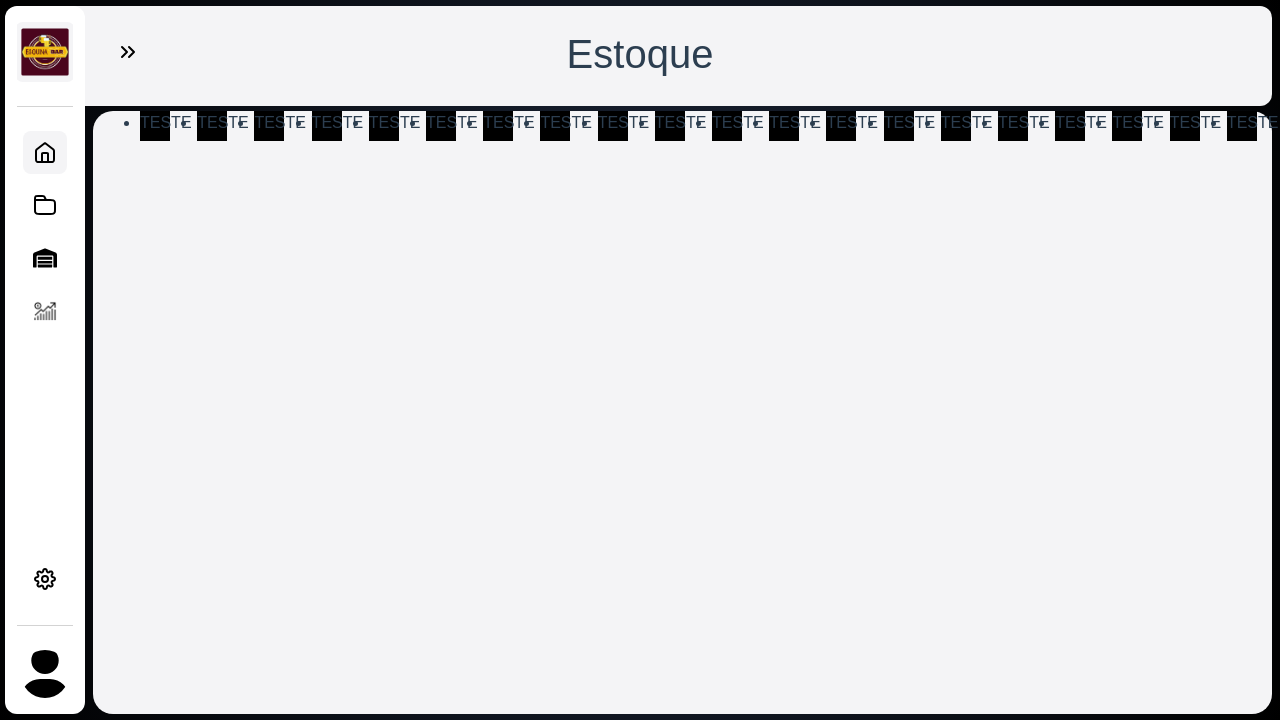
Repository: jazaoo13/Projeto_Oficina_Integracao
Page: / (app in Aplicacao_vue/)
The author's editor kept a copy of each file at every save. The page is drawn from the files as they stood at one save, then again after the next save.
The browser window is 1280 px wide. The page is 1287 px wide, so the pictures cover 1287 px, including what lies to the right of the window. The pictures show the whole page.
The page's requests for data from a server got no answer. The project was rebuilt for these pictures with package versions that can differ from the ones it lists, and the page was loaded fresh each time. No one was signed in, and anything a server would have sent is missing. Also part of the build but not shown: Aplicacao_vue/vue.config.js, Aplicacao_vue/src/View/jazao.vue.

Above is the page before, as saved 2023-11-19 15:35:10.

### Aplicacao_vue/public/index.html
<!DOCTYPE html>
<html lang="">
  <head>
    <meta charset="utf-8">
    <meta name="viewport" content="width=device-width, initial-scale=1">
    <meta http-equiv="X-UA-Compatible" content="IE=edge">
    <meta name="viewport" content="width=device-width,initial-scale=1.0">
    <link rel="icon" href="<%= BASE_URL %>favicon.ico">
    <link href="https://cdn.jsdelivr.net/npm/bootstrap@5.3.2/dist/css/bootstrap.min.css" rel="stylesheet" integrity="sha384-T3c6CoIi6uLrA9TneNEoa7RxnatzjcDSCmG1MXxSR1GAsXEV/Dwwykc2MPK8M2HN" crossorigin="anonymous">
    <title>Controle de Bebidas</title>
  </head>
  <body>
    <script src="https://cdn.jsdelivr.net/npm/bootstrap@5.3.2/dist/js/bootstrap.bundle.min.js" integrity="sha384-C6RzsynM9kWDrMNeT87bh95OGNyZPhcTNXj1NW7RuBCsyN/o0jlpcV8Qyq46cDfL" crossorigin="anonymous"></script>
    <div id="app"></div>
    <!-- built files will be auto injected -->
  </body>
</html>

### Aplicacao_vue/src/main.js
import Vue from 'vue'
import App from './App.vue'
import {BootstrapVue, IconsPlugin} from 'bootstrap-vue';
import 'font-awesome/css/font-awesome.css';
import 'bootstrap-vue/dist/bootstrap-vue.css'
import 'bootstrap/dist/css/bootstrap.css'
import router from './router'
import Vuex from 'vuex'
import store from './store'

Vue.config.productionTip = false
Vue.use(BootstrapVue);
Vue.use(IconsPlugin);
Vue.use(Vuex);

new Vue({
  router,
  store,
  render: h => h(App)
}).$mount('#app')

### Aplicacao_vue/src/router/index.js
import Vue from 'vue'
import VueRouter from 'vue-router'
import Home from '../View/Home.vue'
import jazao_component from '../View/jazao.vue'
Vue.use(VueRouter)

const routes = [
  {
    path: '/',
    name: 'home',
    component: Home
  },
  {
    path: '/jazao',
    name: 'Jazao',
    component: jazao_component
    //component: () => import(/* webpackChunkName: "about" */ '../View/HomeTeste.vue')
  },

]

const router = new VueRouter({
  mode: 'history',
  base: process.env.BASE_URL,
  routes
})

export default router

### Aplicacao_vue/src/store.js
import Vue from 'vue'
import Vuex from 'vuex'

Vue.use(Vuex)

const store = new Vuex.Store({
    data(){
        return{
            isActive: false
        }
    },
    state: {
        count: 0,
        isActive: false
    },
    mutations: {
        increment(state) {
            state.count++
        },
        setIsActive(state){
            state.isActive = !state.isActive
        }
    },

})
export default store

### Aplicacao_vue/src/View/Home.vue
<template>
    <div class="bodyClass">
        <div class="container-fluid">
            <div class="row">
                <Sidebar></Sidebar>
            </div>
            <div class="content-container">
                <HeaderPage></HeaderPage>
                <EstoqueView></EstoqueView>
            </div>
        </div>

    </div>
</template>

<script>
import axios from 'axios';
import Sidebar from './Sidebar.vue';
import HeaderPage from './Header.vue'
import EstoqueView from '../components/EstoqueView.vue'
export default {
    name: 'HomePage',
    components: {
        Sidebar,
        HeaderPage,
        EstoqueView
    },
    data() {
        return {
            lstApi: '',
        };
    },
    methods: {
        chamar_api() {
            let url = 'https://catfact.ninja/fact';
            axios
                .get(url, {

                })
                .then((resposta) => {
                    this.lstApi = resposta
                })
                .catch((erro) => console.log(erro));
        },
    },
    mounted() {
        this.chamar_api()
    },
};
</script>

<style lang="scss" scoped>
.bodyClass {
    height: 100vh;
    background: radial-gradient(circle at 50% 50%, #192233 20%, #000);
    padding: 0.375rem;
    font-family: Poppins, sans-serif;
    display: flex;
}
.container-fluid {
  flex: 1;
  display: flex;
  flex-direction: column;
  padding-right: 2px;
  padding-left: 2px;
}
.row {
  display: flex;
  flex: 1;
}
.content-container {
  display: flex;
  flex-direction: column;
  flex: 1500;
}
</style>

### Aplicacao_vue/src/View/Sidebar.vue
<template>
    <div>
        <nav :class="{ 'isActive': this.$store.state.isActive }">
            <div class="sidebar-header" :class="{ 'isActive': this.$store.state.isActive }">
                <a class="logo-wrapper">
                    <img src="@/assets/logo_esquina.png" alt="Logo" :class="{ 'isActive': this.$store.state.isActive }">
                    <h2 :class="{ 'isActive': this.$store.state.isActive }">Bar da Esquina</h2>
                </a>
                <button class="toggle-btn" @click="toggle()">
                    <img src="../assets/expand.svg" alt="expand button">
                </button>
            </div>

            <div class="sidebar-links" :class="{ 'isActive': this.$store.state.isActive }">
                <a class="link active">
                    <img src="../assets/home.svg" alt="">
                    <span :class="{ 'isActive': this.$store.state.isActive }">Home</span>
                </a>
                <a class="link">
                    <img src="../assets/projects.svg" alt="">
                    <span :class="{ 'isActive': this.$store.state.isActive }">Cadastro</span>
                </a>
                <a class="link">
                    <img src="../assets/estoque.svg" alt="">
                    <span :class="{ 'isActive': this.$store.state.isActive }">Estoque</span>
                </a>
                <a class="link">
                    <img src="../assets/vendas.png" alt="">
                    <span :class="{ 'isActive': this.$store.state.isActive }">Vendas</span>
                </a>
            </div>


            <div class="sidebar-bottom" :class="{ 'isActive': this.$store.state.isActive }">
                <div class="sidebar-links" :class="{ 'isActive': this.$store.state.isActive }">
                    <a class="link">
                        <img src="../assets/settings.svg" alt="">
                        <span :class="{ 'isActive': this.$store.state.isActive }">Configurações</span>
                    </a>
                </div>

                <div class="user-profile" :class="{ 'isActive': this.$store.state.isActive }">
                    <div class="user-avatar">
                        <img src="../assets/user.svg" alt="">
                    </div>
                    <div class="user-details" :class="{ 'isActive': this.$store.state.isActive }">
                        <p class="username">Usuario</p>
                        <p class="user-email">email@gmail.com</p>
                    </div>
                </div>
            </div>
        </nav>
    </div>
</template>

<script>
import { mapState } from 'vuex'
export default {
    name: "SiderBar",
    components: {
    },
    data() {
        return {
            //isActive:false,
            // imagens:{
            //     imagem1: url=''
            // }
            //array de objetos para os botoes laterais
        }
    },
    methods: {
        Abre_Cadastro() {

        },
        computed: {
            ...mapState(['isActive'])

        },
        toggle() {
            this.$store.commit('setIsActive');

            const toggleBtn = document.querySelector(".toggle-btn");
            toggleBtn.style.transform = this.$store.state.isActive ? "rotate(180deg)" : "rotate(0deg)";
        },
    },
    mounted() {

    },
}
</script>


<style lang="scss">
*,
*::before,
*::after {
    margin: 0;
    padding: 0;
    box-sizing: border-box;
}

button,
a {
    all: unset;
    font: inherit;
    cursor: pointer;
    text-decoration: none !important;
}

a:hover {
    color: inherit !important;
}

nav {
    position: fixed;
    width: 5rem;
    height: calc(100vh - 0.75rem);
    background-color: #ffffff;
    padding: 1rem 0.75rem;
    border-radius: 0.75rem;
    display: flex;
    flex-direction: column;
    transition: width 500ms ease;

    &.isActive {
        width: 15rem;
    }
}

h2 {
    display: none;

    &.isActive {
        display: inline;
        font-size: 1.5rem;
    }
}

.sidebar-header,
.sidebar-links {
    display: flex;
    justify-content: center;
    align-items: center;
    overflow: hidden;
    flex-direction: column;
    &.isActive {
        justify-content: start;
        align-items: stretch;
    }
}
.sidebar-links {
    flex-direction: column;
    margin-bottom: auto;
    gap: 0.6rem;
    padding-bottom: 1.5rem;
    padding-top: 1.5rem;
}
.sidebar-header {
    margin-bottom: 1.5rem;
    &.isActive {
        justify-content: start;
        align-items: stretch;
    }
}

.logo-wrapper {
    display: flex;
    justify-content: start;
    align-items: center;
    gap: 1.25rem;
    text-decoration: none !important;
}

a.logo-wrapper:hover {
    color: inherit !important;
}

.logo-wrapper>img {
    width: 60px;
    height: 60px;
    background-color: #f4f4f6;
    padding: 0.4rem;
    border-radius: 0.5rem;

    &.isActive {
        width: 100px;
        height: 100px;
    }
}

nav>.sidebar-links {
    border-top: 1px solid rgb(211, 211, 211);
}

.link {
    display: flex;
    padding: 0.6rem;
    border-radius: 0.5rem;
    gap: 1.5rem;
}

span {
    display: none;

    &.isActive {
        display: inline;
    }
}

.link:hover,
.link.active:hover {
    background-color: #e4e4e8;
}

.link.active {
    background-color: #f4f4f6;
}

.link>img {
    width: 24px;
    height: 24px;
}

.sidebar-bottom .sidebar-links {
    padding-bottom: 1.5rem;
}

.toggle-btn {
    position: absolute;
    top: 26px;
    right: -63px;
    padding: 0.5rem;
    background-color:var(--bs-heading-color);
    border-radius: 50%;
    display: flex;
    justify-content: center;
    align-items: center;
    transition: transform 0.25s ease;
}

.user-profile {
    display: flex;
    justify-content: center;
    align-items: center;
    gap: 1.5rem;
    padding-top: 1.5rem;
    border-top: 1px solid rgb(211, 211, 211);

    &.isActive {
        justify-content: start;
        align-items: stretch;
    }
}

.user-avatar {
    width: 48px;
    height: 48px;
    cursor: pointer;
    transition: scale 0.2s ease;
}

.user-avatar img {
    width: 100%;
    height: 100%;
    border-radius: 50%;
    object-fit: cover;
}

.user-avatar:hover {
    scale: 1.1;
}

.user-details {
    align-self: center;
    overflow: hidden;
    display: none;

    .username {
        font-size: 0.85rem;
        font-weight: 600;
    }

    .user-email {
        font-size: 0.8rem;
    }

    &.isActive {
        display: inline;
    }

}</style>

### Aplicacao_vue/src/View/Header.vue
<template>
    <div>
        <div class="header" :class="{ 'isActive': this.$store.state.isActive }">
        <h1 class="titulo">Estoque</h1>
        </div>
    </div>
</template>

<script>
import { mapState } from 'vuex'
export default {
    name: "HeaderPage",
    data() {
        return {
            //isActive: false,
        }
    },
    computed: {
        ...mapState(['isActive'])

    },
}
</script>

<style lang="scss" scoped>
.header {
    //width: calc(100% - 85px);
    background-color: #f4f4f6;
    border-radius: 0.75rem;
    height: 100px;
    margin-left:auto;
    transition: width 500ms ease ;
    &.isActive{
        //width:calc(100% - 245px);
        transition: width 500ms ease ;
    }
}
.titulo{
    height: 100%;
    padding-top: 1.5rem;
}

// .header{

// }
</style>

### Aplicacao_vue/src/components/EstoqueView.vue
    <template>
    <div class="row"  :class="{ 'isActive': this.$store.state.isActive }">
            <div class="container-fluid">
                <ul class="teste">
                    <li class="items">TESTE</li>
                    <li class="items">TESTE</li>
                    <li class="items">TESTE</li>
                    <li class="items">TESTE</li>
                    <li class="items">TESTE</li>
                    <li class="items">TESTE</li>
                    <li class="items">TESTE</li>
                    <li class="items">TESTE</li>
                    <li class="items">TESTE</li>
                    <li class="items">TESTE</li>
                    <li class="items">TESTE</li>
                    <li class="items">TESTE</li>
                    <li class="items">TESTE</li>
                    <li class="items">TESTE</li>
                    <li class="items">TESTE</li>
                    <li class="items">TESTE</li>
                    <li class="items">TESTE</li>
                    <li class="items">TESTE</li>
                    <li class="items">TESTE</li>
                    <li class="items">TESTE</li>
                </ul>
            </div>
    </div>
</template>

<script>

import { mapState } from 'vuex'
    export default {
        name:"EstoqueView",
        methods: {
        computed: {
            ...mapState(['isActive'])
        }
    },
    }
</script>

<style lang="scss" scoped>
.row{
    background-color: #f4f4f6;
    width: calc(100% - 85px);
    margin-left: auto;
    border-radius: 20px;
    margin-top: 5px;
    margin-right:0px;
    height: calc(100% - 10px);
    transition: width 500ms ease ;
    &.isActive{
        width:calc(100% - 245px);
        transition: width 500ms ease ;
    }
}
.items{

    background-color: black;
    width: 30px;
    height: 30px;
}
.teste{
    display: flex;
  flex-direction: row;
  justify-content: space-between;
  flex-wrap: wrap;
  flex-grow: 2;
}
</style>

Loaded but not shown: Aplicacao_vue/src/App.vue (common file)

After the next save:
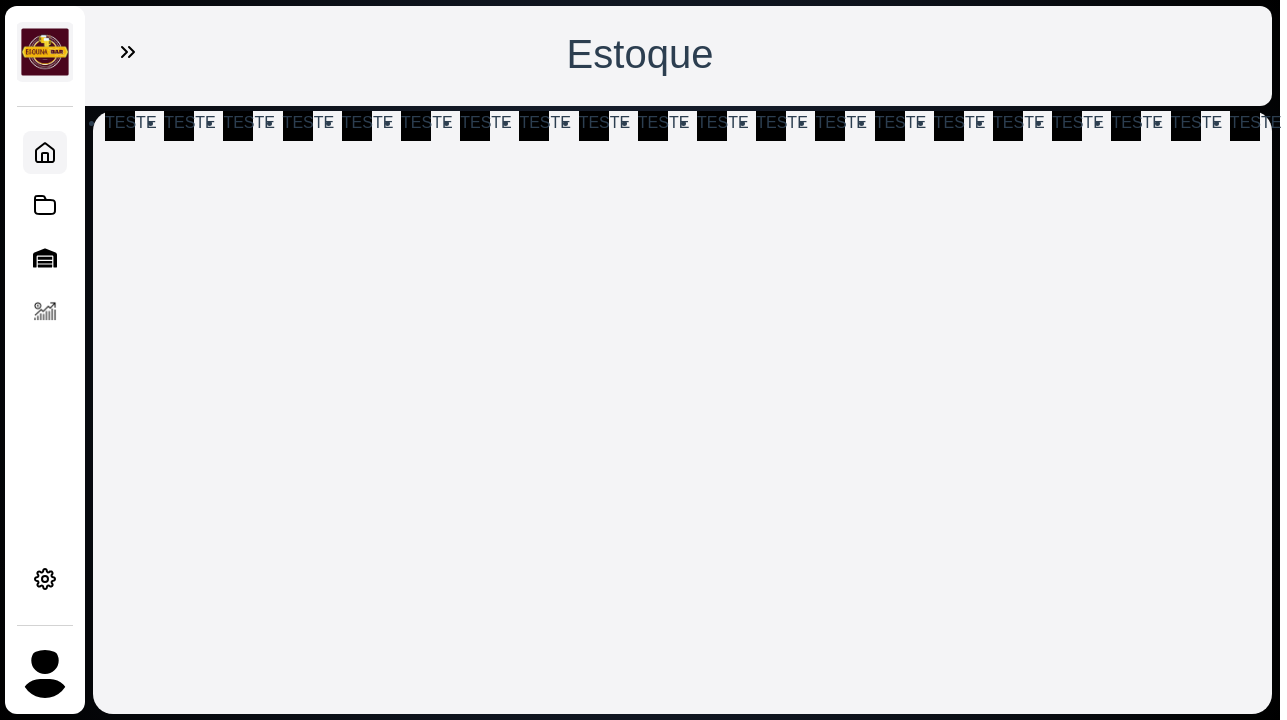
Saved 17 s later.
--- a/Aplicacao_vue/src/components/EstoqueView.vue
+++ b/Aplicacao_vue/src/components/EstoqueView.vue
@@ -1,29 +1,27 @@
     <template>
     <div class="row"  :class="{ 'isActive': this.$store.state.isActive }">
-            <div class="container-fluid">
-                <ul class="teste">
-                    <li class="items">TESTE</li>
-                    <li class="items">TESTE</li>
-                    <li class="items">TESTE</li>
-                    <li class="items">TESTE</li>
-                    <li class="items">TESTE</li>
-                    <li class="items">TESTE</li>
-                    <li class="items">TESTE</li>
-                    <li class="items">TESTE</li>
-                    <li class="items">TESTE</li>
-                    <li class="items">TESTE</li>
-                    <li class="items">TESTE</li>
-                    <li class="items">TESTE</li>
-                    <li class="items">TESTE</li>
-                    <li class="items">TESTE</li>
-                    <li class="items">TESTE</li>
-                    <li class="items">TESTE</li>
-                    <li class="items">TESTE</li>
-                    <li class="items">TESTE</li>
-                    <li class="items">TESTE</li>
-                    <li class="items">TESTE</li>
-                </ul>
-            </div>
+            <ul class="teste">
+                <li class="items">TESTE</li>
+                <li class="items">TESTE</li>
+                <li class="items">TESTE</li>
+                <li class="items">TESTE</li>
+                <li class="items">TESTE</li>
+                <li class="items">TESTE</li>
+                <li class="items">TESTE</li>
+                <li class="items">TESTE</li>
+                <li class="items">TESTE</li>
+                <li class="items">TESTE</li>
+                <li class="items">TESTE</li>
+                <li class="items">TESTE</li>
+                <li class="items">TESTE</li>
+                <li class="items">TESTE</li>
+                <li class="items">TESTE</li>
+                <li class="items">TESTE</li>
+                <li class="items">TESTE</li>
+                <li class="items">TESTE</li>
+                <li class="items">TESTE</li>
+                <li class="items">TESTE</li>
+            </ul>
     </div>
 </template>
 
@@ -63,9 +61,9 @@ import { mapState } from 'vuex'
 }
 .teste{
     display: flex;
-  flex-direction: row;
-  justify-content: space-between;
-  flex-wrap: wrap;
-  flex-grow: 2;
+    flex-direction: row;
+    justify-content: space-between;
+    flex-wrap: wrap;
+    flex-grow: 2;
 }
 </style>
